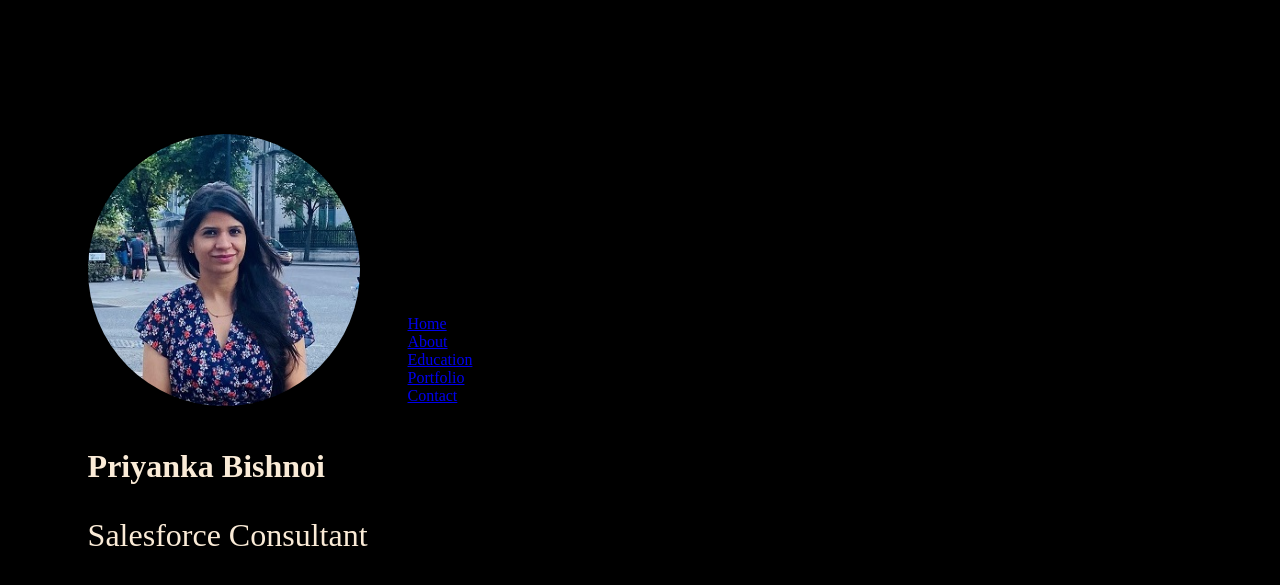
Repository: priyanka-bishnoi/PortfolioPage
Page: MyPage.html
An editor plug-in stored every save of this project. The page is shown before and after the next save, followed by the edit.
The browser window is 1280 px wide. The pictures show the whole page.

Above is the page before, as saved 2022-10-07 00:30:51.

### MyPage.html
<!DOCTYPE html>
<html>
<head>
    <link rel="stylesheet" href="css/style.css">
<style>
body {
  background-color: black;
}
</style>
</head>
<body>
<header>
    <div class= "user">
        <img src="Background1.jpg"/>
        <h1 class="name" >Priyanka Bishnoi</h1>
        <p class="post" >Salesforce Consultant</p>
    </div>

    <nav class="navBar">
        <ul>
            <li> <a href="#home">Home</a></li>
            <li> <a href="#about">About</a></li>
            <li> <a href="#education">Education</a></li>
            <li> <a href="#portfolio">Portfolio</a></li>
            <li> <a href="#contact">Contact</a></li>

        </ul>


    </nav>


</header>
</body>
</html>

### css/style.css
header {
    position:fixed;
    top:0; left:0;
    z-index:1000;
    height:100%;
    width:35rem;
    background:black;
    display:flex;
    align-items:center;
    justify-content: center;
}
body{
    background: #111;
}
header .user img {
    height: 17rem;
    width: 17rem;
    border-radius: 50%;
    object-fit: cover;
    margin-bottom: 1rem;
    border: 0.7rem solid var(--yellow);
}
header .user .name {
    font-size: 2rem;
    color: antiquewhite;
}
header .user .post{
    font-size: 2rem;
    color: antiquewhite;
}

After the next save:
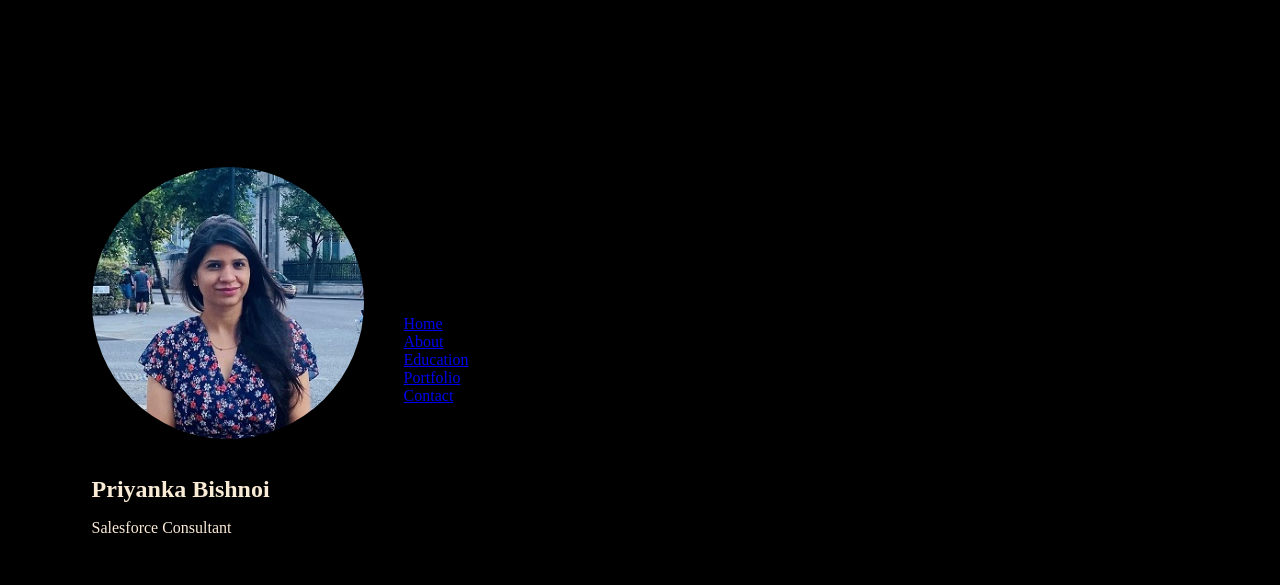
Saved 15 s later.
--- a/css/style.css
+++ b/css/style.css
@@ -21,10 +21,10 @@ header .user img {
     border: 0.7rem solid var(--yellow);
 }
 header .user .name {
-    font-size: 2rem;
+    font-size: 1.5rem;
     color: antiquewhite;
 }
 header .user .post{
-    font-size: 2rem;
+    font-size: 1rem;
     color: antiquewhite;
 }
